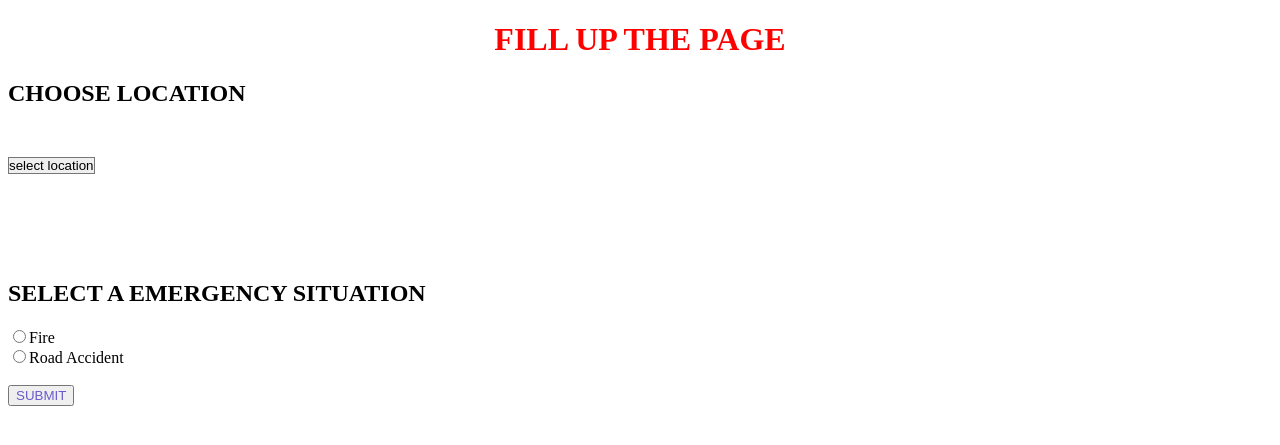
Repository: jeetlovely/ems
Page: EmergencyManagement/WebContent/userpage.html
These files come from the project's save history. The page is drawn as it stood at one moment and after the next save; the edit follows.
The browser window is 1280 px wide. The pictures show the whole page.

Above is the page before, as saved 2018-04-29 18:45:34.

### EmergencyManagement/WebContent/userpage.html
<!DOCTYPE html>
<html>
<head>
<meta charset="ISO-8859-1">
<title>Insert title here</title>
<link type="text/css" rel="stylesheet" href="mystyle.css">
</head>
<body>

<form action="Acknowledgement">
<center>
<h1>FILL UP THE PAGE</h1>
</center>
<h2>CHOOSE LOCATION</h2>
<select name="location">
  <option value="">select location</option>
  <option value="22.579956,88.437950">Salt Lake</option>
  <option value="22.5170,88.3658">Gariahat</option>
  <option value="22.5982,88.3687">Shyambazar</option>
</select> <br><br>
<h2>SELECT A EMERGENCY SITUATION</h2>
<input type="radio" name="accidentType" value="msp101">Fire<br>
<input type="radio" name="accidentType" value="msp102">Road Accident<br><br>

<input type="submit" value="SUBMIT" onclick="popup()" style="color: slateblue">
<script>
function popup(){
	alert("Thank You");
}
</script>


</form>

</body>
</html>

### EmergencyManagement/WebContent/mystyle.css
@CHARSET "ISO-8859-1";
body{
    background-image: url("");
    background-repeat: no-repeat;
    background-size: cover;
}
h1{
	color:red;
}
select{
	cursor:pointer;
	-webkit-appearance:none;
	-moz-appearance:none;
	-o-appearance:none;
	-ms-appearance:none;
	appearance:none;

	display:block;
	margin:50px 0;
}

After the next save:
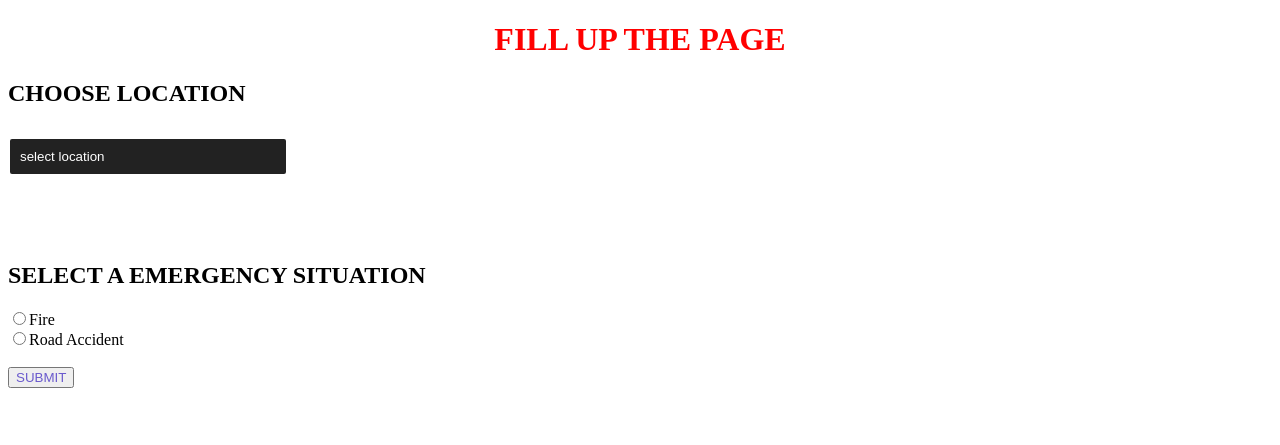
Saved 3 min 41 s later.
--- a/EmergencyManagement/WebContent/mystyle.css
+++ b/EmergencyManagement/WebContent/mystyle.css
@@ -16,5 +16,11 @@ select{
 	appearance:none;
 
 	display:block;
-	margin:50px 0;
+	margin:30px 0;
+	padding:10px 50px 10px 10px;
+	background-color:#222;
+	color:#fff;
+	border-radius:4px;
+	border:2px solid #fff;
+	width:280px;
 }
